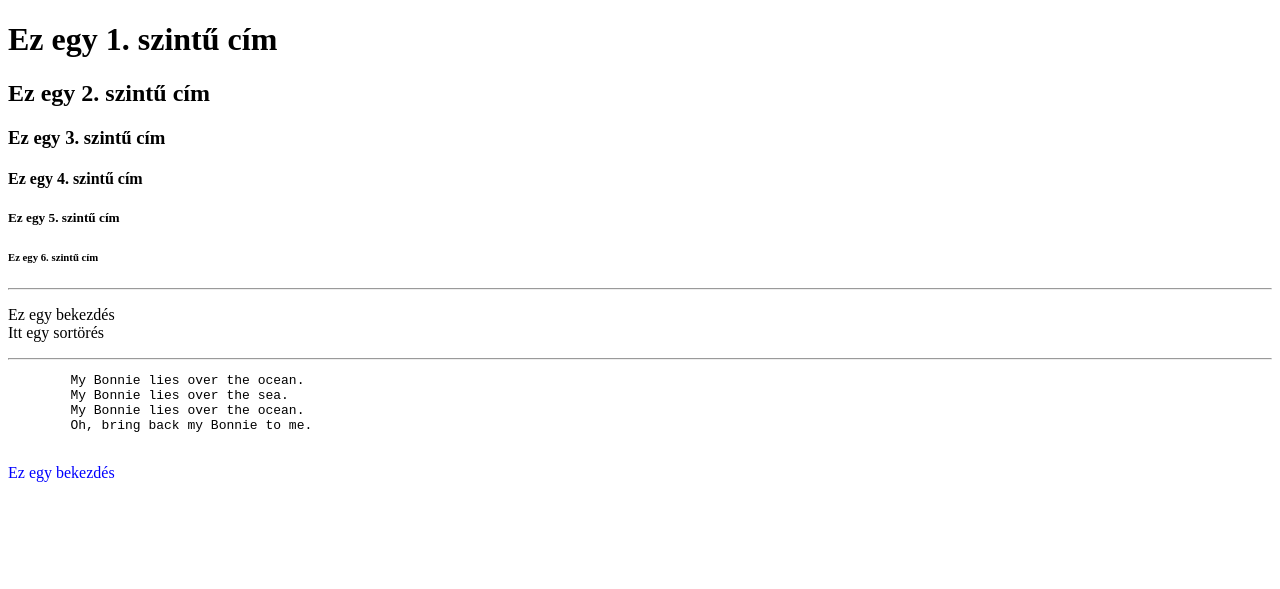
Repository: doomhyena/Web
Page: 2.óra/inedx.html
The author's editor kept a copy of each file at every save. The page is drawn from the files as they stood at one save, then again after the next save.
The browser window is 1280 px wide. The pictures show the whole page.

Above is the page before, as saved 2024-09-13 11:23:01.

After the next save:
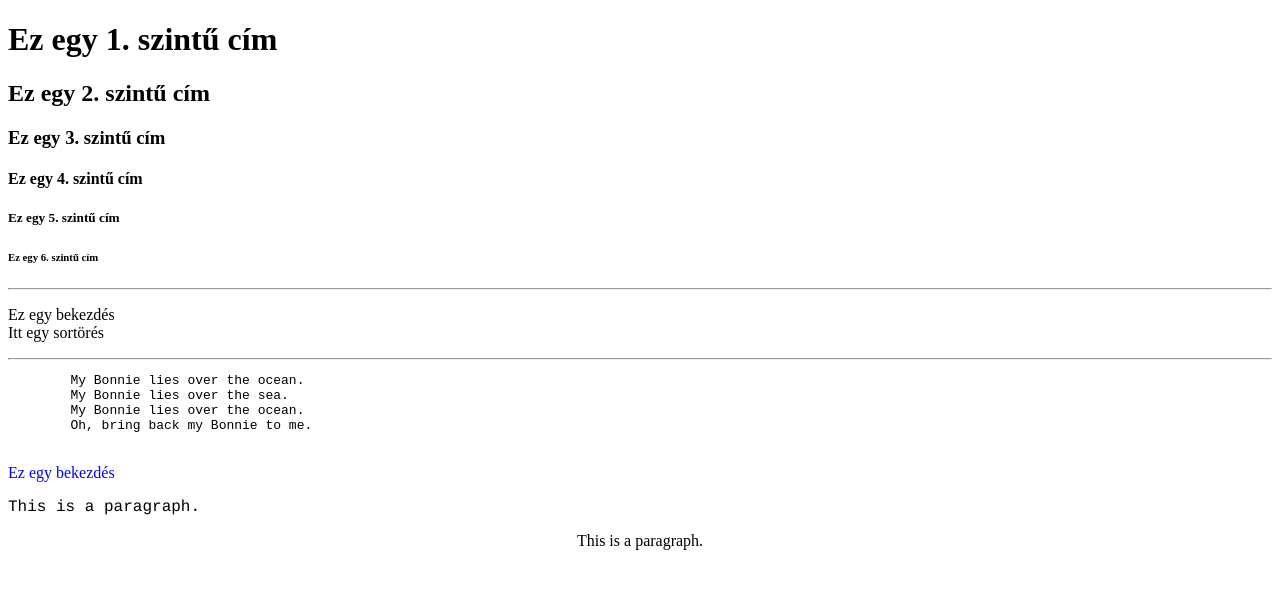
Saved 65 s later.
--- a/2.óra/inedx.html
+++ b/2.óra/inedx.html
@@ -29,5 +29,12 @@
         Oh, bring back my Bonnie to me.
     </pre>
     <p style="color:blue;">Ez egy bekezdés</p>
+    <p style="
+font-family
+:courier;">This is a paragraph.</p>
+<p style="
+text-align
+:center;">This is a paragraph.</p>
+
    </body>
 </html>
